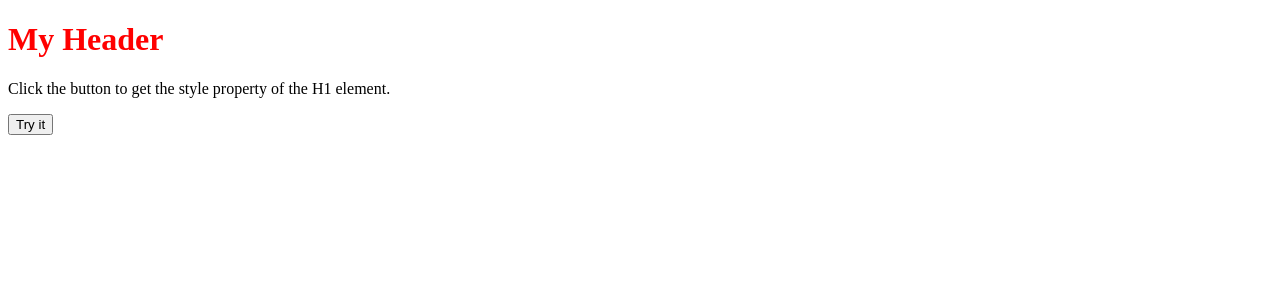
Repository: neem693/workspace
Page: studyhtml5/WebContent/ch05/practice_dom/practice_38.html
The author's editor kept a copy of each file at every save. The page is drawn from the files as they stood at one save, then again after the next save.
The browser window is 1280 px wide. The pictures show the whole page.
After loading, the first visible `button` was clicked once.

Above is the page before, as saved 2018-03-15 10:00:41.
Console error: TypeError: Cannot read properties of undefined (reading 'innerHTML')

### studyhtml5/WebContent/ch05/practice_dom/practice_38.html
<!DOCTYPE html>
<html>
<head>
<meta charset="UTF-8">
<meta name="viewport"
	content="width=device-width,initial-scale = 1.0" />
<title>Insert title here</title>



</head>
<body>

	<h1 id="myH1" style="color: red">My Header</h1>

	<p>Click the button to get the style property of the H1
		element.</p>


	<button onclick="myFunction()">Try it</button>

	<p id="demo"></p>

	<script>
        function myFunction() {
            var x = document.getElementsByTagName("STYLE")[0];
            document.getElementById("demo").innerHTML = x.innerHTML;
        }
    </script>


</body>
</html>

After the next save:
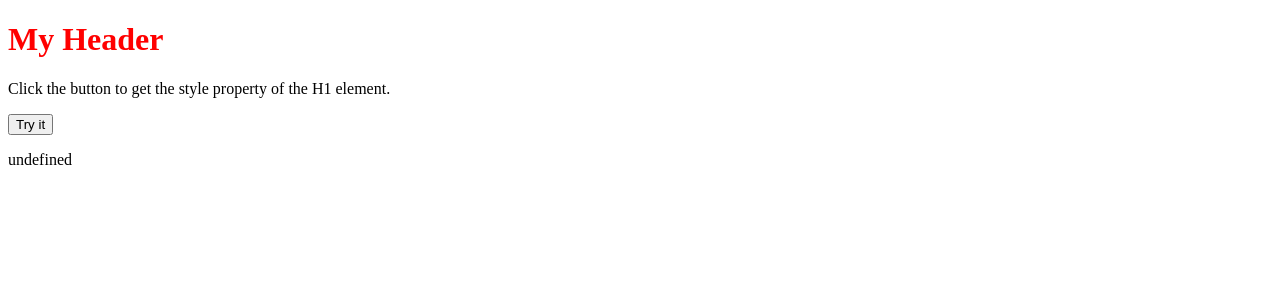
The error is gone.
Saved 86 s later.
--- a/studyhtml5/WebContent/ch05/practice_dom/practice_38.html
+++ b/studyhtml5/WebContent/ch05/practice_dom/practice_38.html
@@ -23,7 +23,7 @@
 
 	<script>
         function myFunction() {
-            var x = document.getElementsByTagName("STYLE")[0];
+            var x = document.getElementById("myH1").style.color;
             document.getElementById("demo").innerHTML = x.innerHTML;
         }
     </script>
